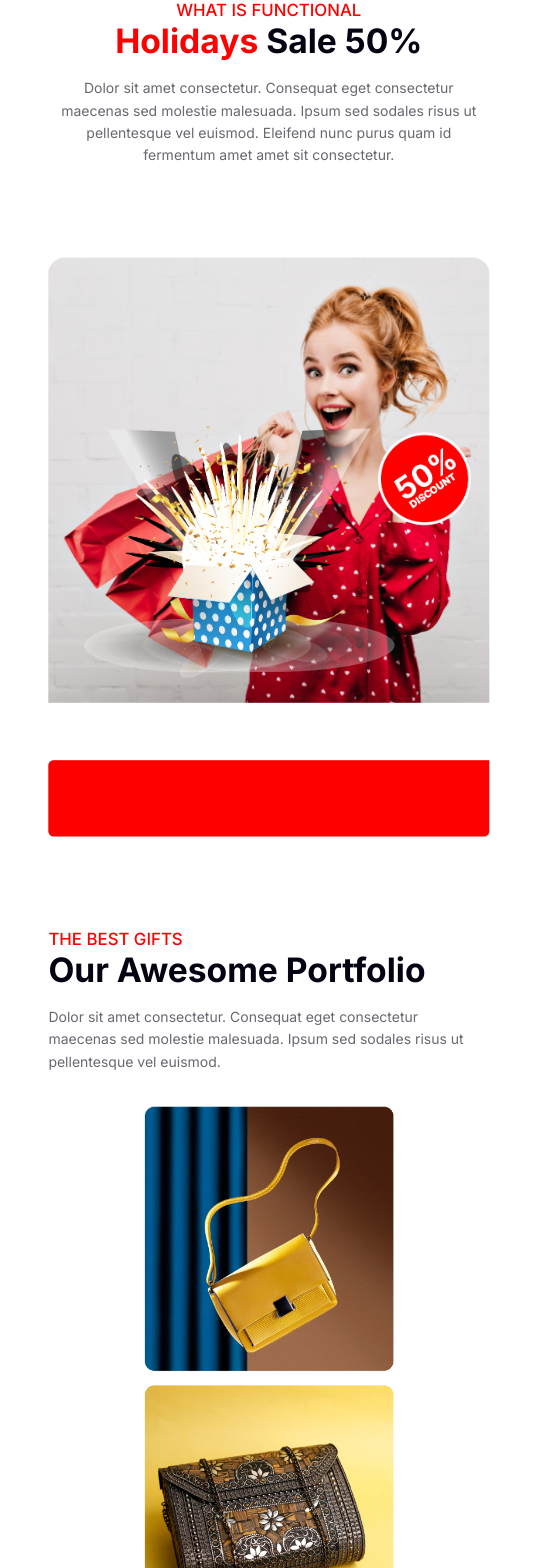
Repository: ShouravAhammed/simple-responsive-new-year
Page: index.html
These files come from the project's save history. The page is drawn as it stood at one moment and after the next save; the edit follows.
The browser window is 768 px wide. The pictures show the part of the page from y = 0 to 2240 px (the page is 5500 px tall), at 70% of full size.

Above is the page before, as saved 2024-01-11 18:37:51.

After the next save:
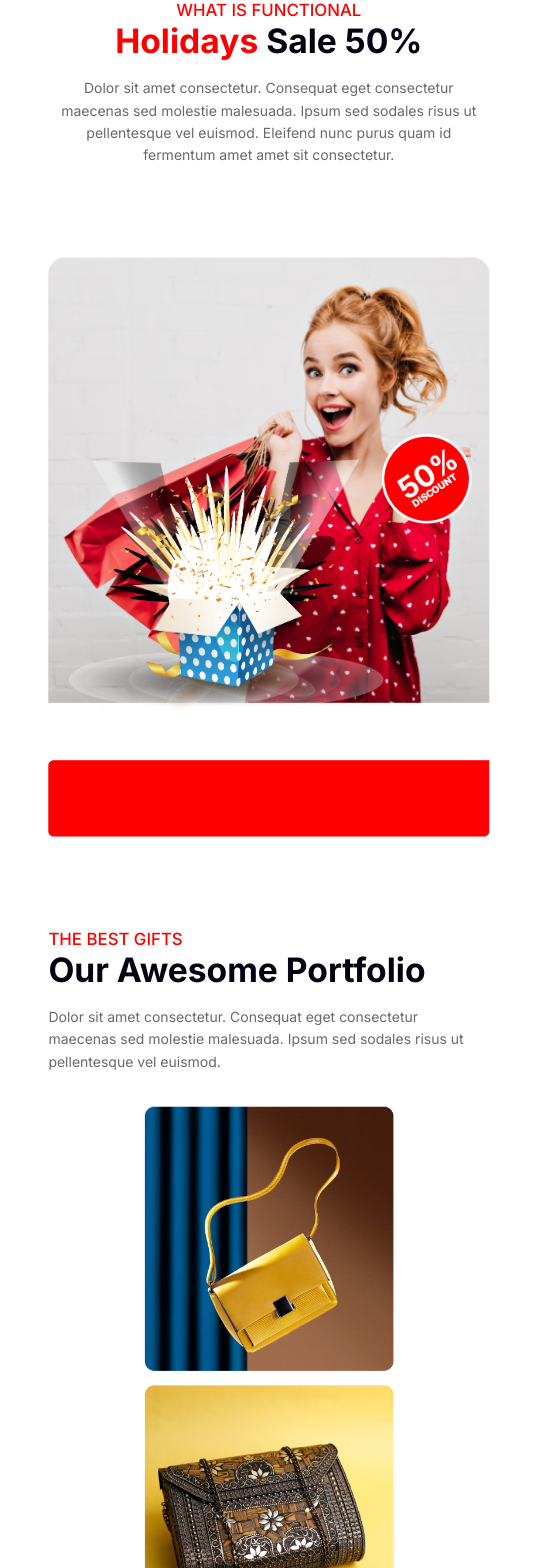
Saved 2 min 19 s later.
--- a/Style/style.css
+++ b/Style/style.css
@@ -554,7 +554,11 @@
 @media screen and (min-width: 577px) and (max-width: 768px) {
 
 
-
+    .holiday-back-img .holiday-gift-content {
+        width: 100%;
+        bottom: -157px;
+        left: 28px;
+    }
     .holiday-back-img {
         margin-top: 48px;
         height: 100vh;
